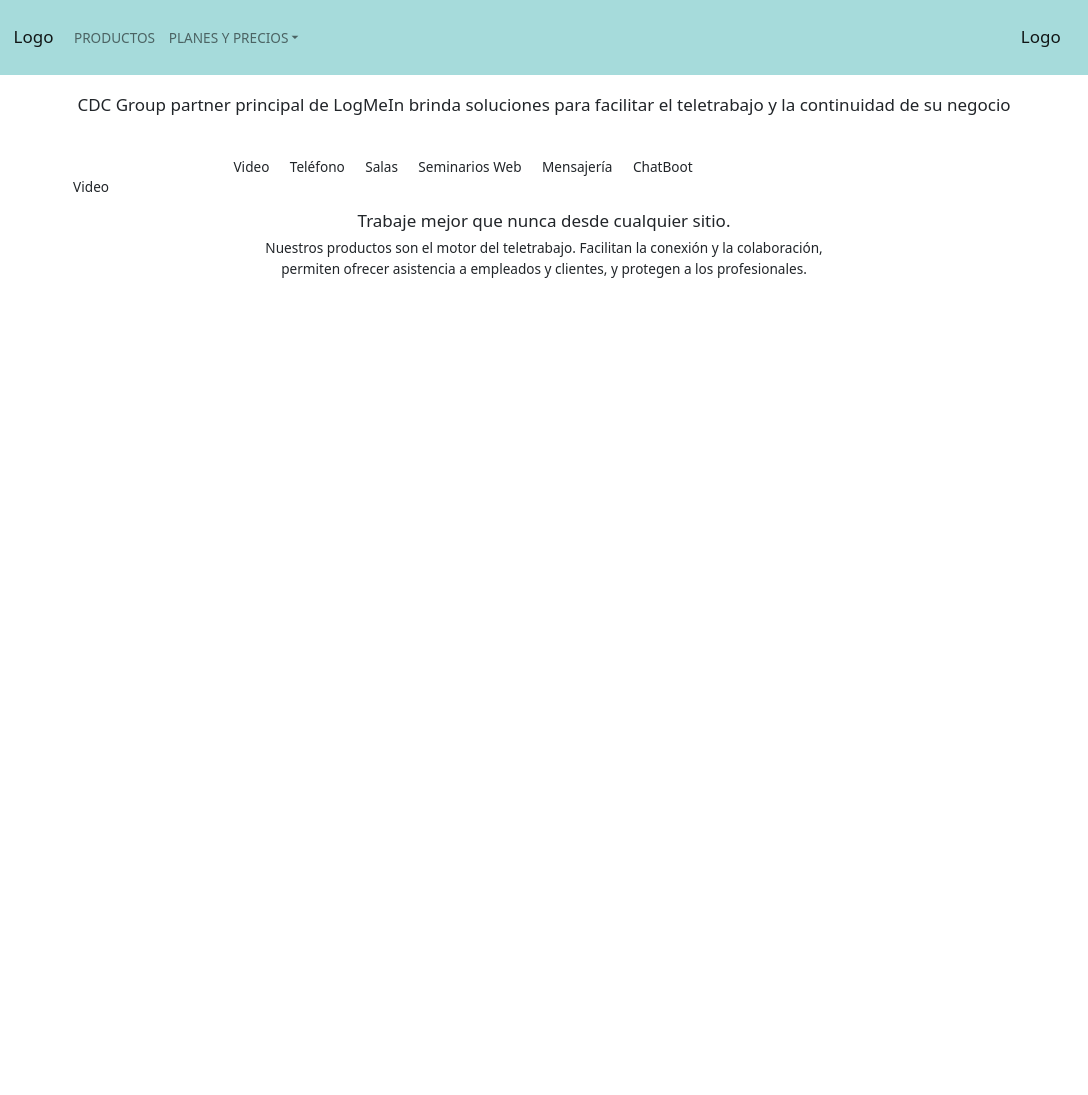
Repository: onehitwondermx/cdclogmein
Page: index.html
These files come from the project's save history. The page is drawn as it stood at one moment and after the next save; the edit follows.
The browser window is 1280 px wide. The pictures show the whole page, at 85% of full size.

Above is the page before, as saved 2021-06-03 22:35:46.

### index.html
<!DOCTYPE html>
<html lang="es">
  <head>
    <meta charset="utf-8">
    <meta name="viewport" content="width=device-width, initial-scale=1">
    <script src="https://cdn.jsdelivr.net/npm/bootstrap@5.0.1/dist/js/bootstrap.bundle.min.js" integrity="sha384-gtEjrD/SeCtmISkJkNUaaKMoLD0//ElJ19smozuHV6z3Iehds+3Ulb9Bn9Plx0x4" crossorigin="anonymous"></script>
    <link href="https://cdn.jsdelivr.net/npm/bootstrap@5.0.1/dist/css/bootstrap.min.css" rel="stylesheet" integrity="sha384-+0n0xVW2eSR5OomGNYDnhzAbDsOXxcvSN1TPprVMTNDbiYZCxYbOOl7+AMvyTG2x" crossorigin="anonymous">
    <title>LogMeIn - CDC Gropu</title>
  </head>
<body>
  <nav class="navbar sticky-top navbar-expand-lg navbar-light" style="background-color: #a6dbdb;">
    <div class="p-3 container-fluid">
        <a href="#" class="navbar-brand">Logo</a>
        <button class="navbar-toggler" type="button" data-bs-toggle="collapse" data-bs-target="#navbarText" aria-controls="navbarText" aria-expanded="false" aria-label="Toggle navigation">
          <span class="navbar-toggler-icon"></span>
        </button>
        <div class="collapse navbar-collapse" id="navbarText">
            <ul class="navbar-nav me-auto mb-2 mb-lg-0">
              <li class="nav-item"><a class="nav-link" href="#">PRODUCTOS</a></li>
              <li class="nav-item dropdown"><a class="nav-link dropdown-toggle" href="#" id="navbarScrollingDropdown" role="button" data-bs-toggle="dropdown" aria-expanded="false">PLANES Y PRECIOS</a>
                <ul class="dropdown-menu" aria-labelledby="navbarScrollingDropdown">
                  <li><a class="dropdown-item" href="#">GoToConnect</a></li>
                  <li><a class="dropdown-item" href="#">GoToMeeting</a></li>
                  <li><a class="dropdown-item" href="#">GoToWebinar</a></li>
                  <li><a class="dropdown-item" href="#">LastPass</a></li>
                  <li><a class="dropdown-item" href="#">Central</a></li>
                  <li><a class="dropdown-item" href="#">GoToMyPC</a></li>
                  <li><a class="dropdown-item" href="#">GoToTraining</a></li>
                  <li><a class="dropdown-item" href="#">GoAssist</a></li>
                </ul>
              </li>
            </ul>
            <a href="#" class="navbar-brand">Logo</a>
          </div>
        </div>
    </div>
  </nav>

  <div class="p-4 container-fluid">
      <div class="row justify-content-md-center">
        <div class="col-md-auto">
          <h5 class="text-center">
            CDC Group partner principal de LogMeIn brinda soluciones para facilitar el teletrabajo y la continuidad de su negocio
          </h5>
        </div>
      </div>
  </div>
  <div class="p-3 container">
    <div class="row row-cols-auto">
      <div class="col-2"></div>
      <div class="col">
        <span>Video</span>
      </div>
      <div class="col">
        <span>Teléfono</span>
      </div>
      <div class="col">
        <span>Salas</span>
      </div>
      <div class="col">
        <span>Seminarios Web</span>
      </div>
      <div class="col">
        <span>Mensajería
        </span>
      </div>
      <div class="col">
        <span>ChatBoot</span>
      </div>
      <div class="col-2"></div>
    </div>
    <div> Video</div>
    <div class="p-3 container">
      <h5  class="text-center">Trabaje mejor que nunca desde cualquier sitio.</h5>
      <div class="row">
      <div class="col"></div>
      <div class="col-8">
      <p class="text-center">
        Nuestros productos son el motor del teletrabajo. Facilitan la conexión y la colaboración, permiten ofrecer asistencia a empleados y clientes, y protegen a los profesionales.
      </p>
    </div>
    <div class="col"></div>
    </div>
  </div>
  </div>

   <br><br><br><br><br><br><br><br><br><br><br><br><br><br><br><br><br><br><br><br><br><br><br><br><br><br><br><br><br><br><br><br><br><br><br><br><br><br>
  </body>
</html>

After the next save:
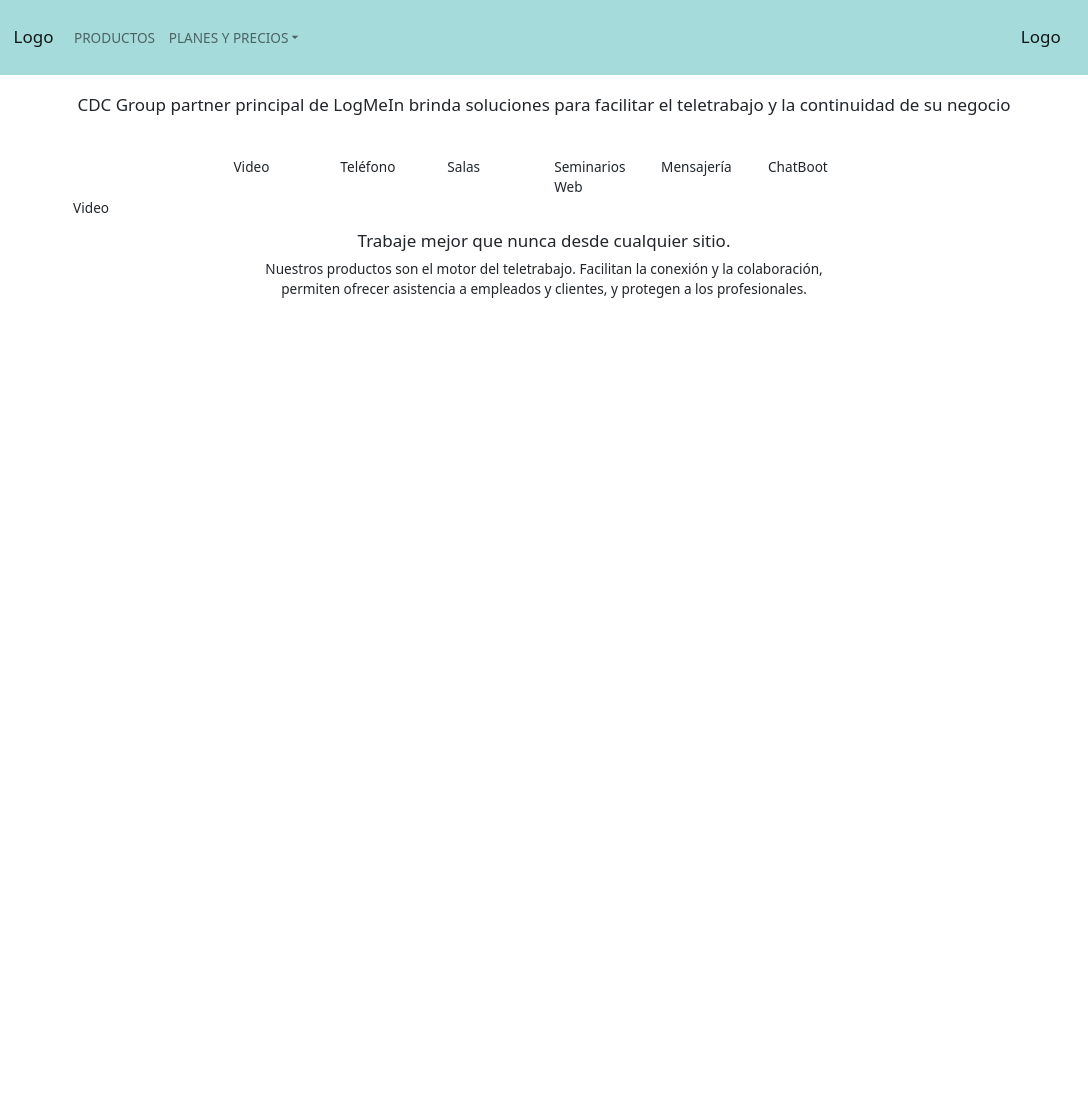
Saved 9 s later.
--- a/index.html
+++ b/index.html
@@ -46,7 +46,7 @@
       </div>
   </div>
   <div class="p-3 container">
-    <div class="row row-cols-auto">
+    <div class="row">
       <div class="col-2"></div>
       <div class="col">
         <span>Video</span>
